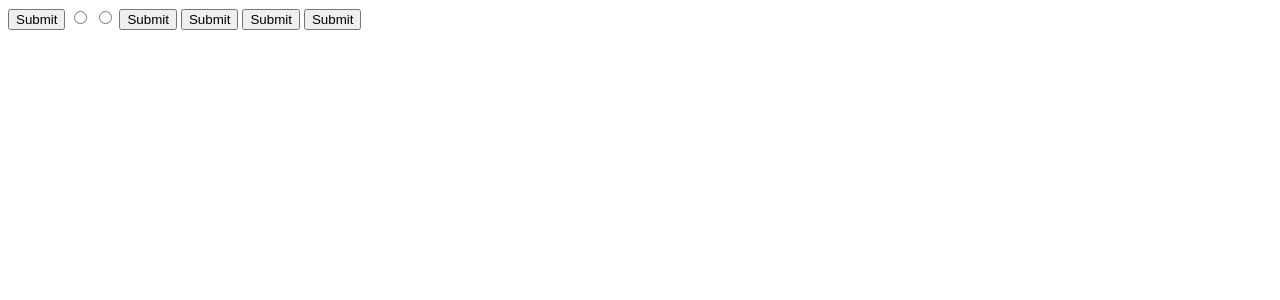
Repository: Lixianlai-2/html-demo-1
Page: input.html
The author's editor kept a copy of each file at every save. The page is drawn from the files as they stood at one save, then again after the next save.
The browser window is 1280 px wide. The pictures show the whole page.

Above is the page before, as saved 2021-11-27 22:56:28.

### input.html
<!DOCTYPE html>
<html lang="en">
  <head>
    <meta charset="UTF-8" />
    <meta http-equiv="X-UA-Compatible" content="IE=edge" />
    <meta name="viewport" content="width=device-width, initial-scale=1.0" />
    <title>Document</title>
  </head>
  <body>
    <form action="">
      <input type="submit" />
      <input type="radio" value="美女" name="选择" />
      <input type="radio" value="美食" name="选择" />
      <input type="submit" />
      <input type="submit" />
      <input type="submit" />
      <input type="submit" />
    </form>
  </body>
</html>

After the next save:
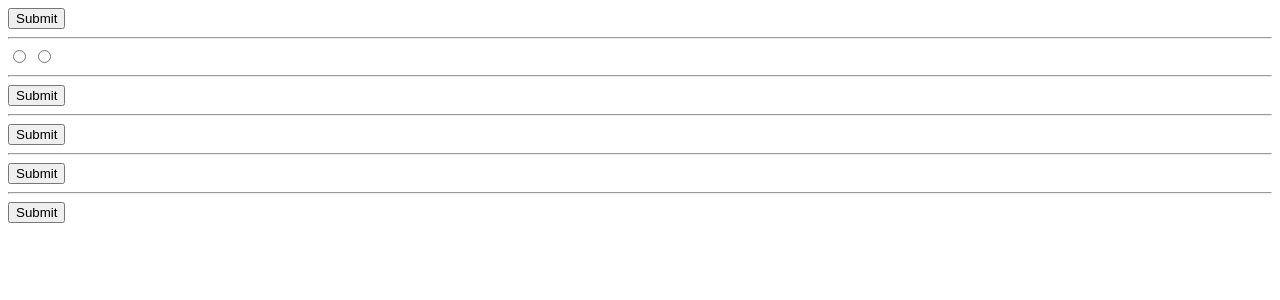
Saved 35 s later.
--- a/input.html
+++ b/input.html
@@ -9,11 +9,16 @@
   <body>
     <form action="">
       <input type="submit" />
+      <hr />
       <input type="radio" value="美女" name="选择" />
       <input type="radio" value="美食" name="选择" />
+      <hr />
       <input type="submit" />
+      <hr />
       <input type="submit" />
+      <hr />
       <input type="submit" />
+      <hr />
       <input type="submit" />
     </form>
   </body>
